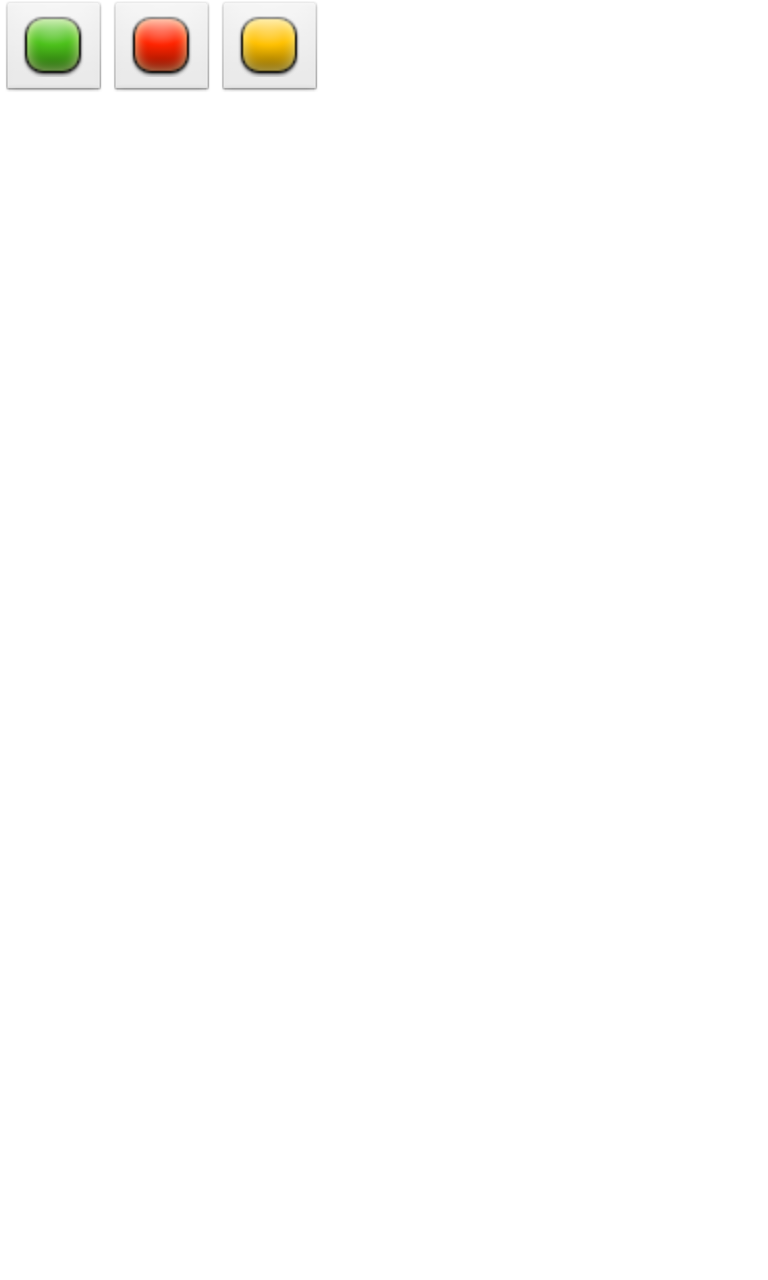
Repository: hoorncj-student/SuperSnakeOnline
Layout: SuperSnakeOnline/res/layout/color_dialog.xml
An editor plug-in stored every save of this project. The layout is shown before and after the next save, followed by the edit.
It is drawn on a 768 x 1280 px phone screen (xhdpi) without system bars, with theme AppTheme; the app's code is not run.

Above is the layout before, as saved 2013-10-27 07:45:41.

### SuperSnakeOnline/res/layout/color_dialog.xml
<?xml version="1.0" encoding="utf-8"?>
<LinearLayout xmlns:android="http://schemas.android.com/apk/res/android"
    android:layout_width="match_parent"
    android:layout_height="match_parent"
    android:orientation="horizontal"
    android:layout_gravity="center">

    <ImageButton
        android:id="@+id/imageButton1"
        android:layout_width="wrap_content"
        android:layout_height="wrap_content"
        android:src="@drawable/greenstar" />

    <ImageButton
        android:id="@+id/imageButton2"
        android:layout_width="wrap_content"
        android:layout_height="wrap_content"
        android:src="@drawable/redstar" />

    <ImageButton
        android:id="@+id/imageButton3"
        android:layout_width="wrap_content"
        android:layout_height="wrap_content"
        android:src="@drawable/yellowstar" />

</LinearLayout>

Loaded but not shown: SuperSnakeOnline/res/values/styles.xml (common file)

After the next save:
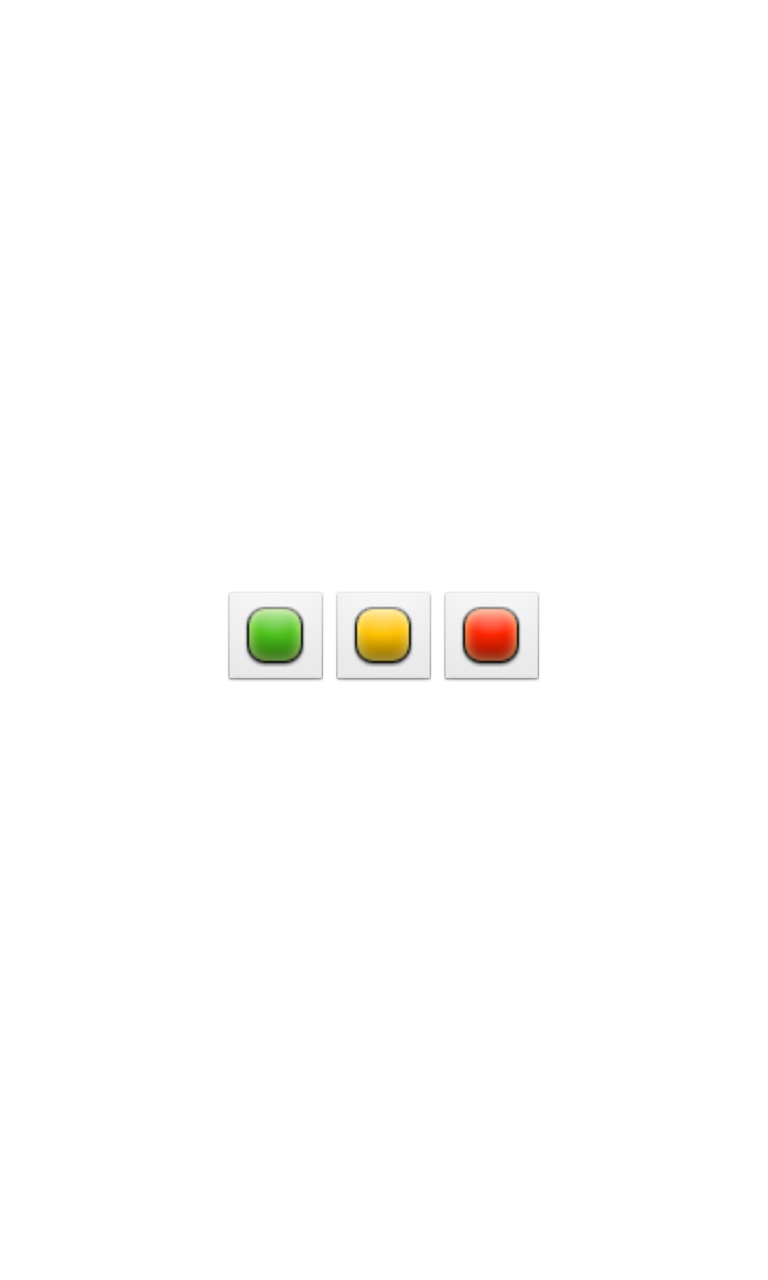
Saved 6 min 37 s later.
--- a/SuperSnakeOnline/res/layout/color_dialog.xml
+++ b/SuperSnakeOnline/res/layout/color_dialog.xml
@@ -1,26 +1,26 @@
 <?xml version="1.0" encoding="utf-8"?>
 <LinearLayout xmlns:android="http://schemas.android.com/apk/res/android"
-    android:layout_width="match_parent"
-    android:layout_height="match_parent"
+    android:layout_width="wrap_content"
+    android:layout_height="wrap_content"
     android:orientation="horizontal"
-    android:layout_gravity="center">
+    android:gravity="center">
 
     <ImageButton
-        android:id="@+id/imageButton1"
+        android:id="@+id/green_color_button"
         android:layout_width="wrap_content"
         android:layout_height="wrap_content"
         android:src="@drawable/greenstar" />
 
     <ImageButton
-        android:id="@+id/imageButton2"
+        android:id="@+id/yellow_color_button"
+        android:layout_width="wrap_content"
+        android:layout_height="wrap_content"
+        android:src="@drawable/yellowstar" />
+
+    <ImageButton
+        android:id="@+id/red_color_button"
         android:layout_width="wrap_content"
         android:layout_height="wrap_content"
         android:src="@drawable/redstar" />
 
-    <ImageButton
-        android:id="@+id/imageButton3"
-        android:layout_width="wrap_content"
-        android:layout_height="wrap_content"
-        android:src="@drawable/yellowstar" />
-
 </LinearLayout>
